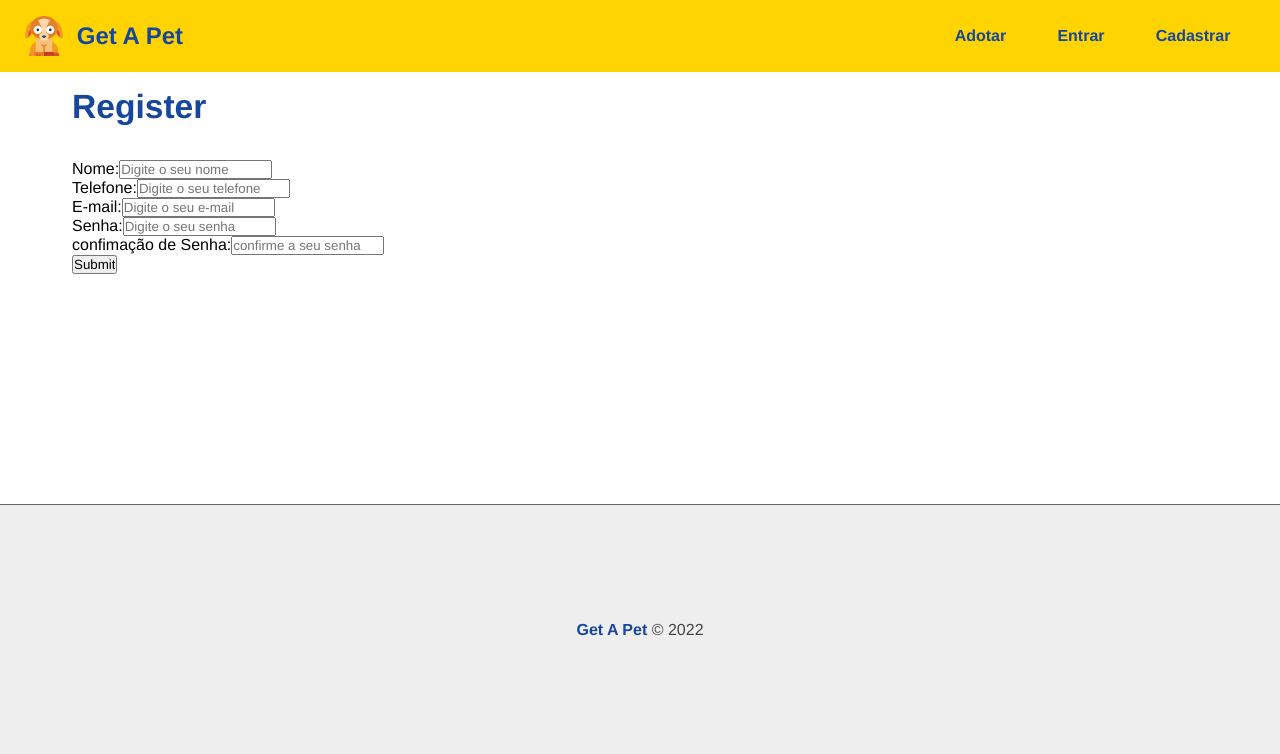
Repository: LeandroMoniz/Projetos_Pets
Page: /register (app in adocao_pet/frontend/)
These files come from the project's save history. The page is drawn as it stood at one moment and after the next save; the edit follows.
The browser window is 1280 px wide. The pictures show the whole page.
The project was rebuilt for these pictures with package versions that can differ from the ones it lists, and the page was loaded fresh each time. Also part of the build but not shown: adocao_pet/frontend/src/components/pages/Auth/Login.js, adocao_pet/frontend/src/components/pages/Home.js.

Above is the page before, as saved 2022-02-15 16:31:19.

After the next save:
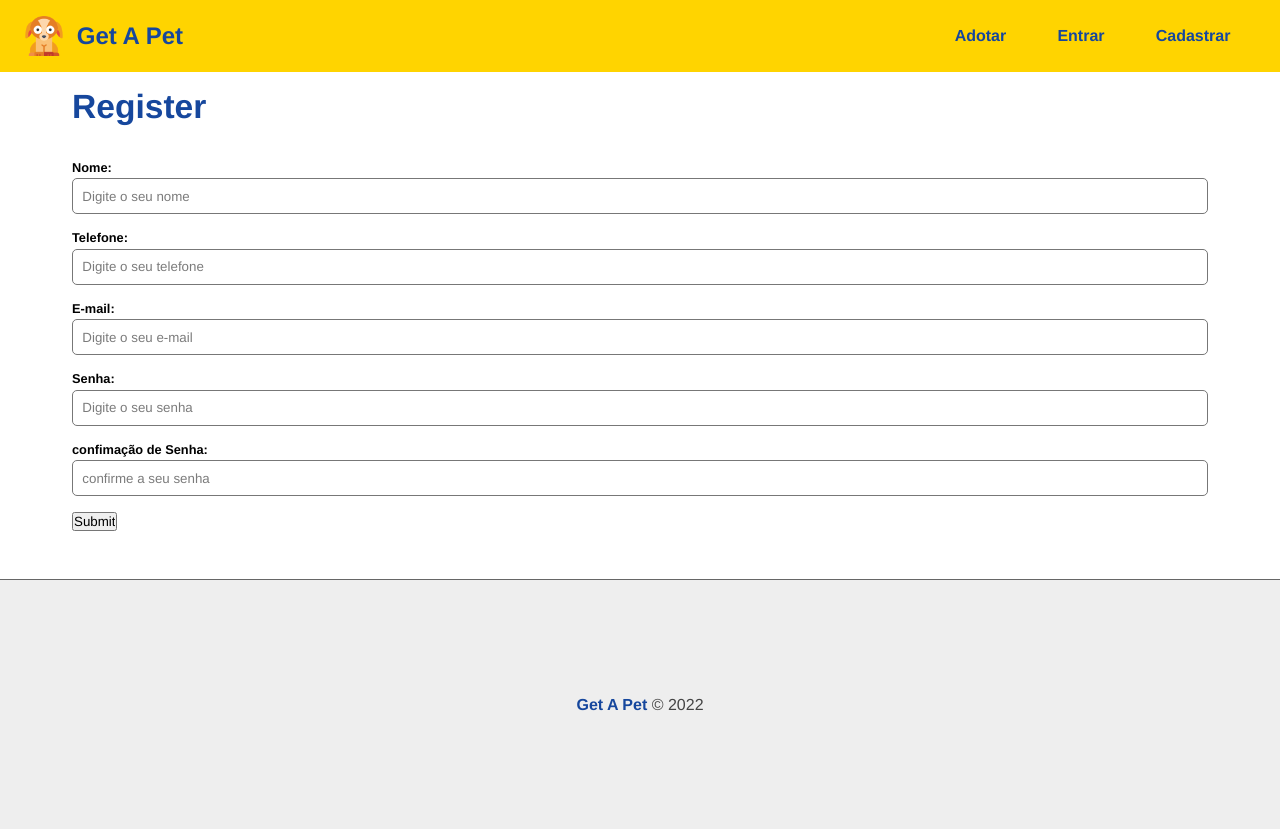
Saved 57 s later.
--- a/adocao_pet/frontend/src/components/form/Input.js
+++ b/adocao_pet/frontend/src/components/form/Input.js
@@ -2,7 +2,7 @@
 
 function Input({ type, text, name, placeholder, handleOnChange, value, multiple, }) {
     return (
-        <div>
+        <div className={styles.form_control}>
             <label htmlFor={name}>{text}:</label>
             <input
                 type={type}
